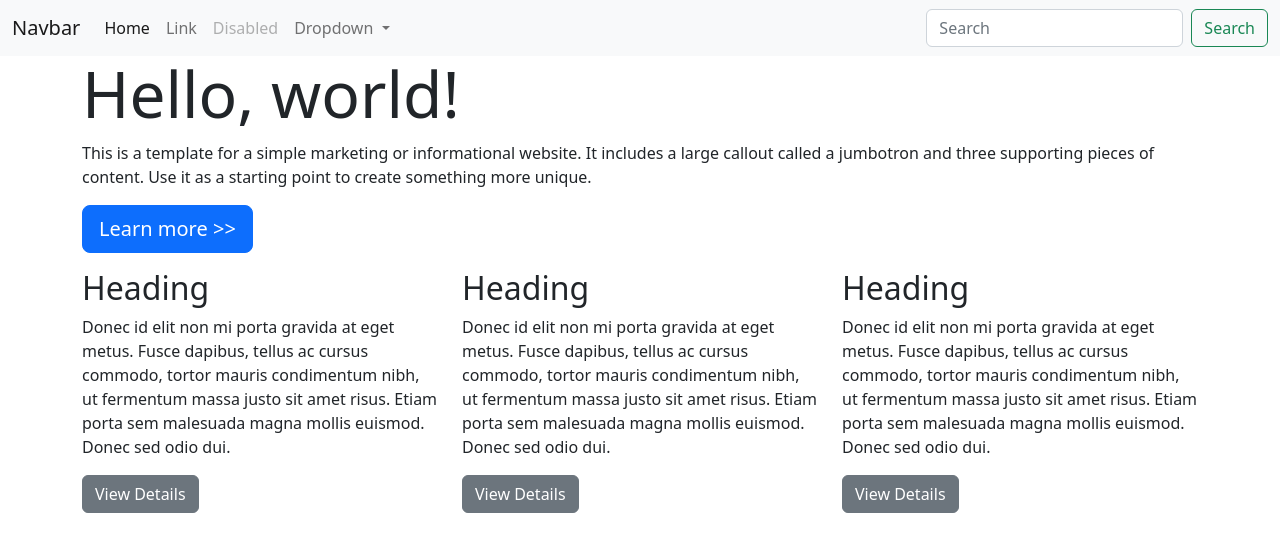
Repository: trongtamdev/lession1_html_sleepcloud
Page: jumbotron.html
The author's editor kept a copy of each file at every save. The page is drawn from the files as they stood at one save, then again after a run of saves.
The browser window is 1280 px wide. The pictures show the whole page.

Above is the page before, as saved 2022-09-10 15:25:20.

After the next 2 saves:
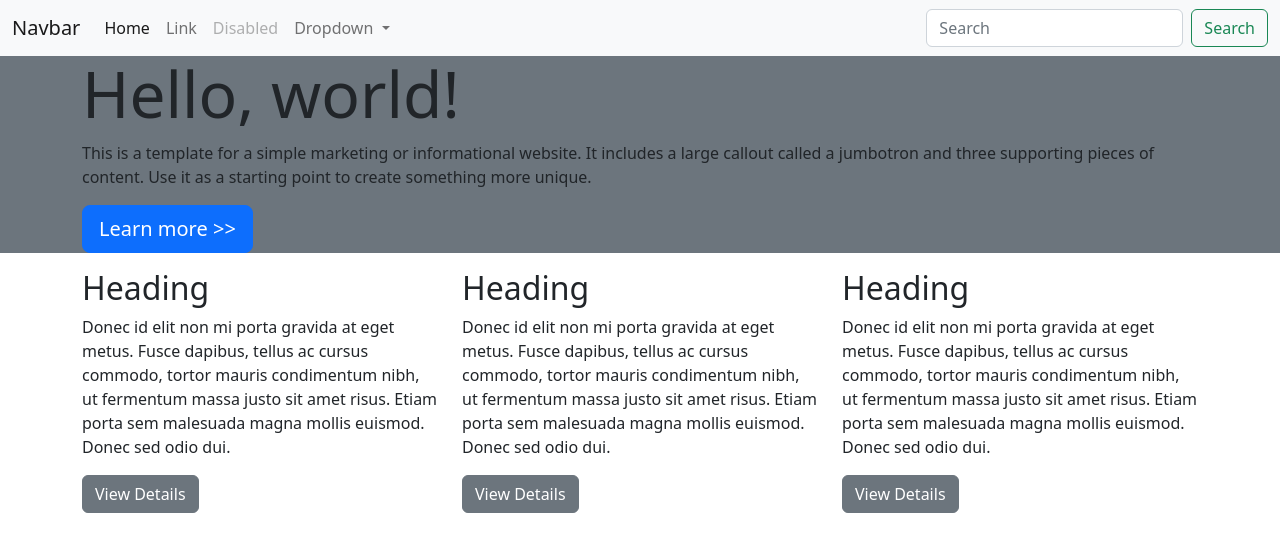
The 2 saves are shown as one change because they came seconds apart.
The last was saved 23 s later.
--- a/jumbotron.html
+++ b/jumbotron.html
@@ -70,7 +70,7 @@
     </nav>
 
     <main>
-      <div class="jumbotron">
+      <div class="jumbotron bg-secondary">
         <div class="container">
           <h1 class="display-3">Hello, world!</h1>
           <p>

After the save that followed:
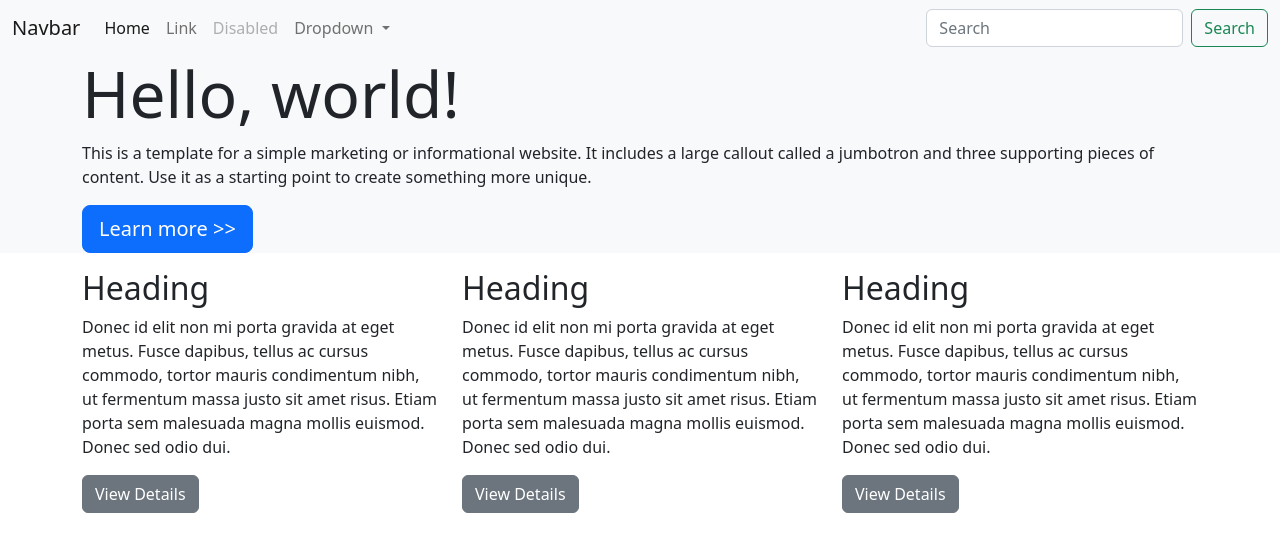
Saved 32 s later.
--- a/jumbotron.html
+++ b/jumbotron.html
@@ -70,7 +70,7 @@
     </nav>
 
     <main>
-      <div class="jumbotron bg-secondary">
+      <div class="jumbotron bg-light">
         <div class="container">
           <h1 class="display-3">Hello, world!</h1>
           <p>
